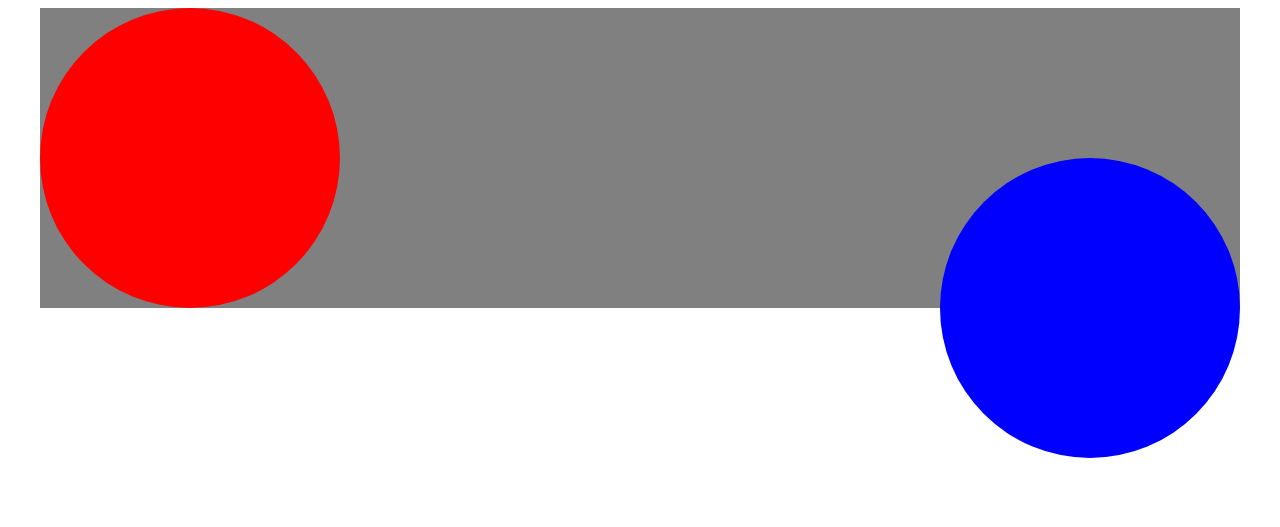
Repository: dovanluyen1996/Test-Git-PR
Page: index.html
An editor plug-in stored every save of this project. The page is shown before and after the next save, followed by the edit.
The browser window is 1280 px wide. The pictures show the whole page.

Above is the page before, as saved 2021-09-06 23:17:15.

After the next save:
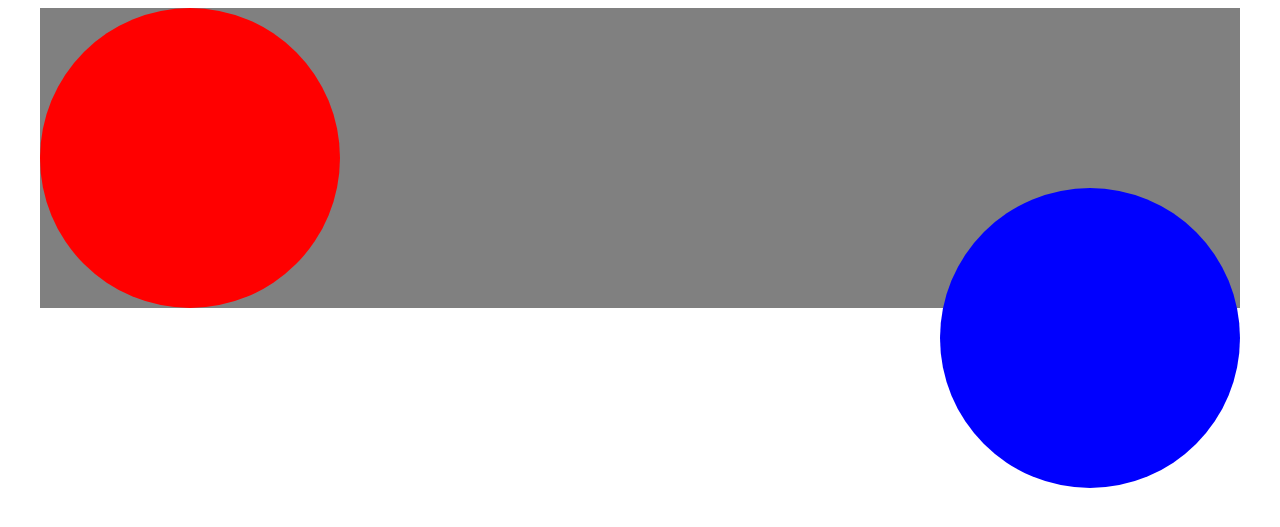
Saved 10 s later.
--- a/css/style.css
+++ b/css/style.css
@@ -19,5 +19,5 @@ body {
   border-radius: 50%;
   position: absolute;
   right: 0;
-  top: 50%;
+  top: 60%;
 }
